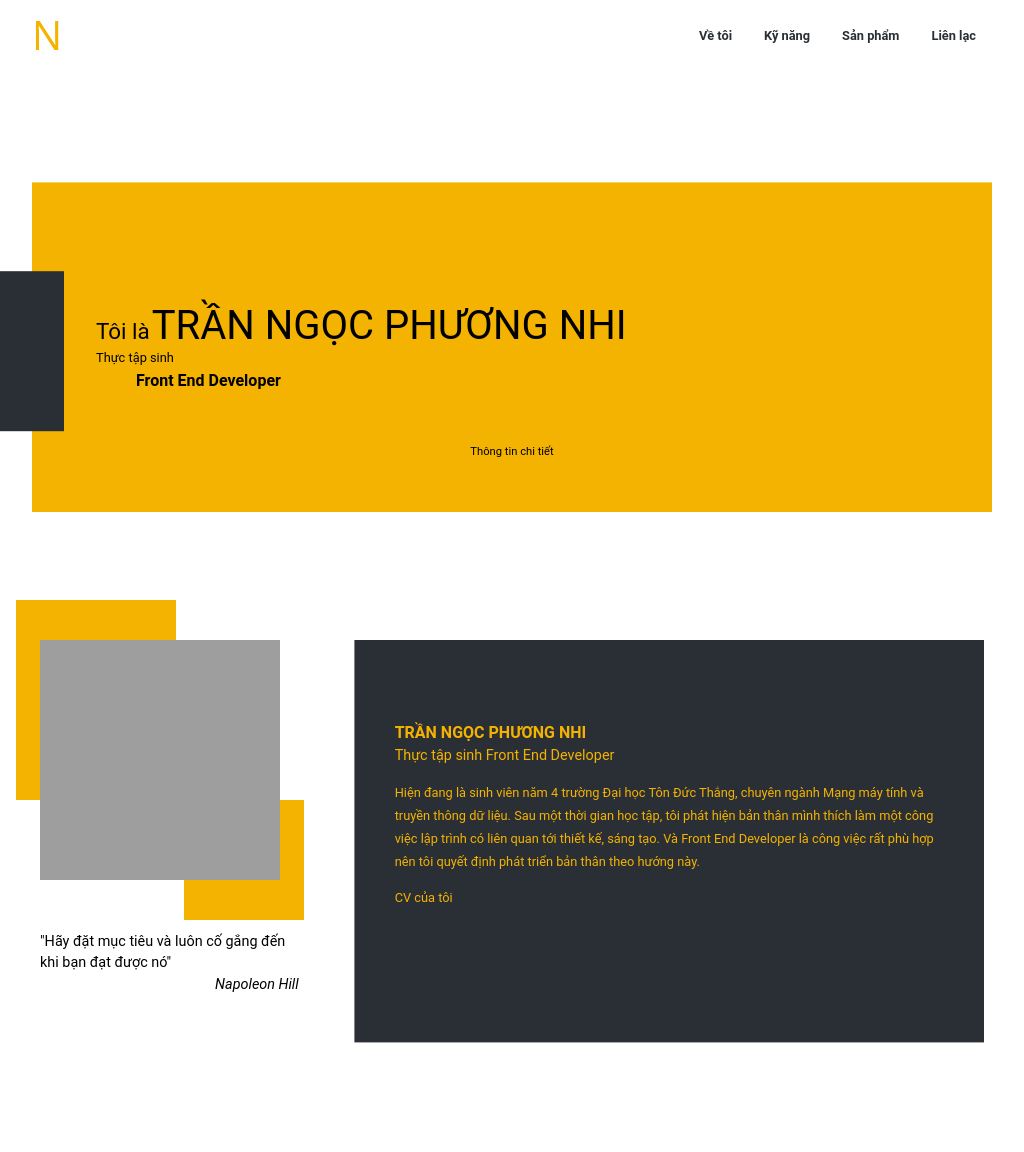
Repository: TranNgocPhuongNhi/my-portfolio
Page: index.html
The author's editor kept a copy of each file at every save. The page is drawn from the files as they stood at one save, then again after the next save.
The browser window is 1280 px wide. The pictures show the whole page, at 80% of full size.
Pictures or frames that could not be fetched are drawn as grey boxes. Some icons come from a web library that is not loaded, so they are not drawn. Some web libraries are served in a nearby version.

Above is the page before, as saved 2021-07-04 16:29:35.

### index.html
<!DOCTYPE html>
<html lang="en">
<head>
    <meta charset="UTF-8">
    <meta http-equiv="X-UA-Compatible" content="IE=edge">
    <meta name="viewport" content="width=device-width, initial-scale=1.0">
    <title>My Portfolio</title>
    <link rel="stylesheet" href="https://pro.fontawesome.com/releases/v5.10.0/css/all.css" integrity="sha384-AYmEC3Yw5cVb3ZcuHtOA93w35dYTsvhLPVnYs9eStHfGJvOvKxVfELGroGkvsg+p" crossorigin="anonymous"/>
    <link rel="stylesheet" href="resources/css/main.css">
    <link rel="stylesheet" href="resources/css/responsive.css">
    <link rel="shortcut icon" href="favicon.ico">
</head>
<body>
    <header id="header">
        <nav class="header__nav">
            <div class="container">
                <div class="header__nav-content">
                    <!-- <img src="" alt="logo"> -->
                    <a href="#index.html" class="header__nav-logo">N</a>
                    <ul class="header__nav-list">
                        <li class="nav-item"><a href="#about">Về tôi</a></li>
                        <li class="nav-item"><a href="#skills">Kỹ năng</a></li>
                        <li class="nav-item"><a href="#products">Sản phẩm</a></li>
                        <li class="nav-item"><a href="#contact">Liên lạc</a></li>
                    </ul>
                </div>
            </div>
        </nav>
        <div class="container">
            <div class="header__info">
                <div class="header__info-content">
                    <div class="header__info-name">
                        <span>Tôi là</span>
                        <span class="header__info-fullname">trần ngọc phương nhi</span>
                    </div>
                    <div class="header__info-specialize">
                        <p>Thực tập sinh</p>
                        <p>Front End Developer</p>
                    </div>
                </div>
                <div class="header__info-more">
                    <p>Thông tin chi tiết</p>
                    <div class="header__info-down">
                        <a href="#about">
                            <i class="fal fa-chevron-double-down"></i>
                        </a>
                    </div>
                </div>
            </div>
        </div>

    </header>

    <!-- About me -->
    <section id="about">
        <div class="container">
            <div class="row">
                <div class="col-1-3 about__avatar">
                    <img src="https://media-cdn.laodong.vn/Storage/NewsPortal/2021/2/13/880159/Vuong-Bat-Bac-9.png" alt="my avatar" />
                    <div class="about__quote">
                        <p>"Hãy đặt mục tiêu và luôn cố gắng đến khi bạn đạt được nó"</p>
                        <p>Napoleon Hill</p>
                    </div>
                </div>
                <div class="col-3-1 about__content">
                    <div class="about__info">
                        <p>trần ngọc phương nhi</p>
                        <p>Thực tập sinh Front End Developer</p>
                    </div>
                    <p class="about__text">
                        Hiện đang là sinh viên năm 4 trường Đại học  Tôn Đức Thắng,
                        chuyên ngành Mạng máy tính và truyền thông dữ liệu. Sau một
                        thời gian học tập, tôi phát hiện bản thân mình thích làm một
                        công việc lập trình có liên quan tới thiết kế, sáng tạo. Và Front
                        End Developer là công việc rất phù hợp nên tôi quyết định phát
                        triển bản thân theo hướng này.
                    </p>
                    <a href="#" class="about__CV">CV của tôi</a>
                </div>
            </div>
        </div>
    </section>

</body>
</html>

### resources/css/main.css
:root {
    --primary1: #F4B301;
    --primary2: #2A2F35;
    --secondary: #F7F7F7;
    --white: #fff;
    --footer: #3B4046;
}

html {
    font-size: 62.5%;
    font-family: "Roboto", "Helvetica Neue", sans-serif;
    scroll-behavior: smooth;
}

* {
    padding: 0;
    margin: 0;
    box-sizing: border-box;
}

ul, li {
    list-style: none;
}

a {
    text-decoration: none;
}

.container {
    width: 120rem;
    max-width: 100%;
    margin: 0 auto;
}

.row {
    display: flex;
    position: relative;
}

.col-1-3 {
    width: calc(100% / 3);
}

.col-3-1 {
    width: calc(100% * 2 / 3);
}

/* ========================================= HEADER ============================= */
#header {
    height: 100vh;
    position: relative;
}

/* Scroll nav */
.nav-scroll {
    background-color: var(--white);
    box-shadow: 0 0.3rem 1.5rem rgba(0, 0, 0, 0.2);
}

.header__nav {
    padding: 1rem 0;
}

.header__nav-content {
    display: flex;
    justify-content: space-between;
    align-items: center;
}

.header__nav-logo {
    font-size: 5rem;
    font-family: 'Open Sans';
    color: var(--primary1);
}

.header__nav-list {
    display: flex;
}

.nav-item {
    padding: 0 2rem;
}

.nav-item a{
    font-size: 1.6rem;
    font-weight: 600;
    color: var(--primary2);
}

.nav-item a:hover {
    border-bottom: 0.3rem solid var(--primary1);
    animation: toRight 0.4s ease;
}

.header__info {
    background-color: var(--primary1);
    padding: 15rem 8rem;
    position: relative;
    top: 14rem;
}

.header__info::before {
    content: '';
    display: block;
    width: 8rem;
    height: 20rem;
    background-color: var(--primary2);
    position: absolute;
    top: 27%;
    left: -4rem;
}

.header__info-name span:first-child{
    font-size: 2.8rem;
}

.header__info-fullname {
    font-size: 5rem;
    text-transform: uppercase;
}

.header__info-specialize {
    line-height: 1.5;
}

.header__info-specialize p:first-child {
    font-size: 1.6rem;
}

.header__info-specialize p:last-child {
    font-size: 2rem;
    font-weight: bold;
    margin-left: 5rem;
}

.header__info-more {
    text-align: center;
    font-size: 1.4rem;
    line-height: 2;
    position: absolute;
    top: 85%;
    left: 50%;
    transform: translate(-50%, -50%);
}

.header__info-down:hover {
    width: 5rem;
    height: 5rem;
    line-height: 3.5;
    border-radius: 50%;
    border: 2px solid var(--white);
    margin: 0 auto;
    cursor: pointer;
}

.fa-chevron-double-down {
    color: var(--white);
}

/* =========================================== ABOUT ME ====================================== */
#about {
    height: 100vh;
    margin: 0 5rem;
}

.about__avatar,
.about__content {
    margin: 8rem 0;
}

.about__avatar img {
    width: 30rem;
    height: 30rem;
}

.about__avatar::before {
    content: '';
    display: block;
    width: 20rem;
    height: 25rem;
    background-color: var(--primary1);
    position: absolute;
    top: 3rem;
    left: -3rem;
    z-index: -1;
}

.about__avatar::after {
    content: '';
    display: block;
    width: 15rem;
    height: 15rem;
    background-color: var(--primary1);
    position: absolute;
    top: 28rem;
    left: 18rem;
    z-index: -1;
}

.about__quote {
    font-size: 1.8rem;
    margin: 6rem 7rem 6rem 0;
    line-height: 1.5;
}

.about__quote p:last-child {
    text-align: right;
    font-style: italic;
}

.about__content {
    background-color: var(--primary2);
    padding: 10rem 5rem;
}

.about__info {
    font-size: 1.8rem;
    color: var(--primary1);
    line-height: 1.5;
    margin-bottom: 2rem;
}

.about__info p:first-child {
    font-size: 2rem;
    text-transform: uppercase;
    font-weight: bold;
}

.about__text {
    color: var(--primary1);
    font-size: 1.6rem;
    line-height: 1.8;
    margin-bottom: 2rem;
}

.about__CV {
    color: var(--primary1);
    font-size: 1.6rem;
    bac
}

/* =========================================== MY SKILLS ====================================== */



/* =========================================== MY PRODUCTS ====================================== */



/* =========================================== CONTACT ME ====================================== */



/* =========================================== ANIMATION ====================================== */
@keyframes toRight {
    0% {
        /* opacity: 0; */
        transform: translateX(-100%);
    }
    100% {
        /* opacity: 1; */
        transform: translateX(0%);
    }
}

### resources/css/responsive.css

/* Large devices (desktops, less than 1200px) */
@media (max-width: 1199.98px) {

}

/* Medium devices (tablets, less than 992px) */
@media (max-width: 991.98px) {

}

/* Small devices (landscape phones, less than 768px) */
@media (max-width: 767.98px) {

}

/* Extra small devices (portrait phones, less than 576px) */
@media (max-width: 575.98px) {

}

After the next save:
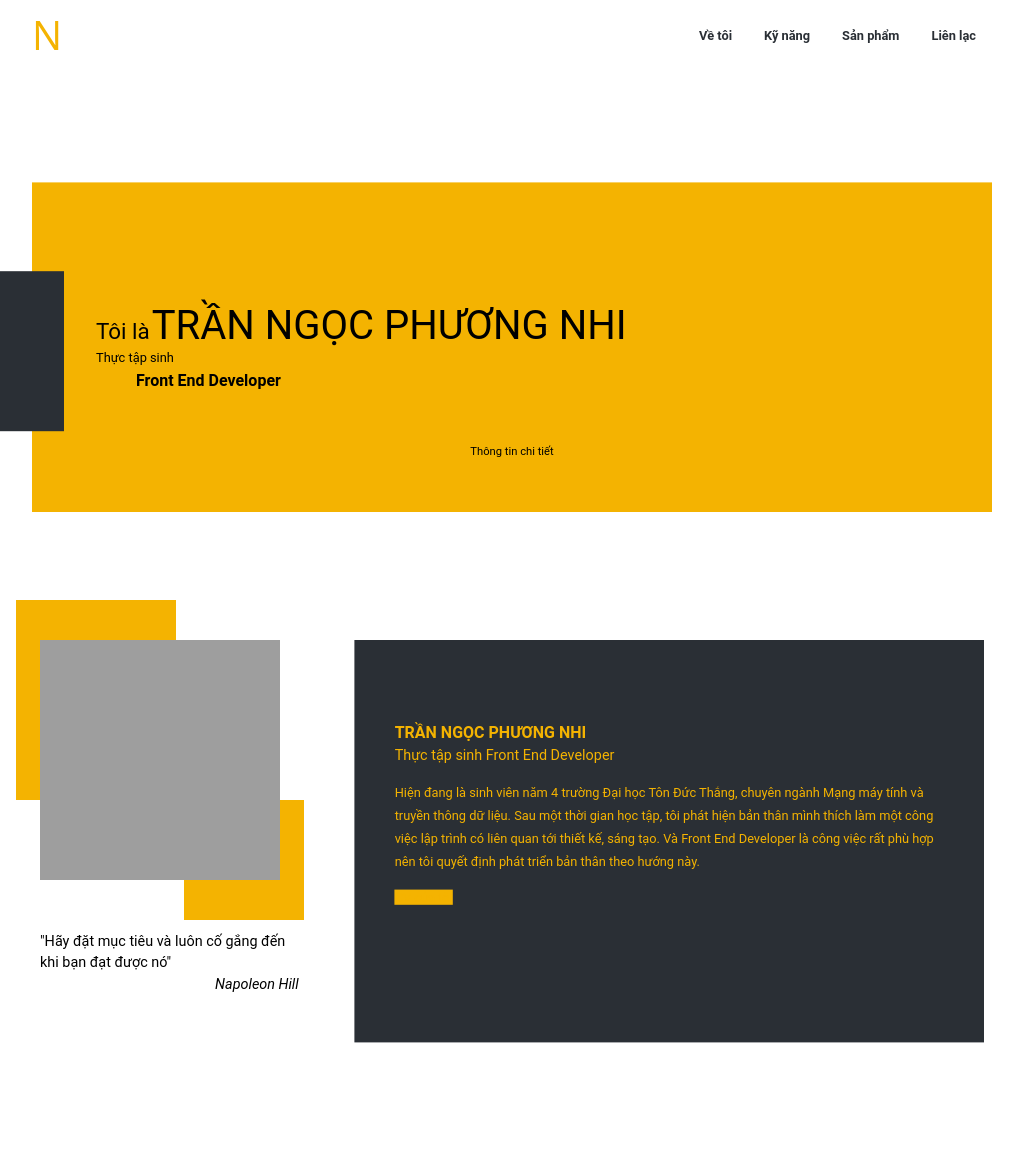
Saved 6 s later.
--- a/resources/css/main.css
+++ b/resources/css/main.css
@@ -236,7 +236,7 @@ a {
 .about__CV {
     color: var(--primary1);
     font-size: 1.6rem;
-    bac
+    background-color: var(--primary1)
 }
 
 /* =========================================== MY SKILLS ====================================== */
